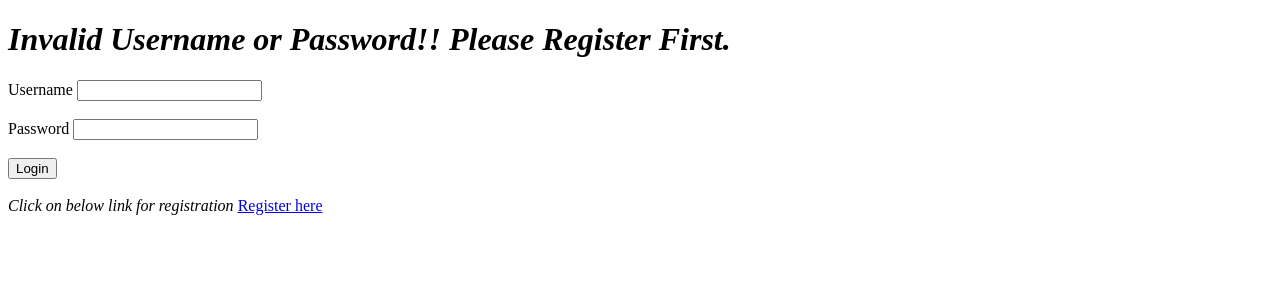
Repository: SwatiJajoriya/JPAForeignKey
Page: http://localhost/SportyShoes/fail.jsp
The author's editor kept a copy of each file at every save. The page is drawn from the files as they stood at one save, then again after the next save.
The browser window is 1280 px wide. The pictures show the whole page.
The page is served by Tomcat 9. Other server files are loaded and not shown.

Above is the page before, as saved 2023-01-28 12:38:56.

### SportyShoes/src/main/webapp/fail.jsp
<%@ page language="java" contentType="text/html; charset=ISO-8859-1"
    pageEncoding="ISO-8859-1"%>
<!DOCTYPE html>
<html>
<head>
<meta charset="ISO-8859-1">
<title>Insert title here</title>
</head>
<body>
<h1><i>Invalid Username or Password!! Please Register First.</i></h1>
<%@include file="userlogin.jsp" %>
<br>
<i>Click on below link for registration</i>
<a href="registeruser.jsp">Register here </a>
</body>
</html>

### SportyShoes/src/main/webapp/userlogin.jsp
<%@ page language="java" contentType="text/html; charset=ISO-8859-1"
    pageEncoding="ISO-8859-1"%>
<!DOCTYPE html>
<html>
<head>
<meta charset="ISO-8859-1">
<title>Insert title here</title>
</head>
<body>

<form action="userlogin">

Username <input type="text" name="username"><br><br>

Password <input type="password" name="password"><br><br>

<input type="submit" value="Login">

</form>
</body>
</html>

After the next save:
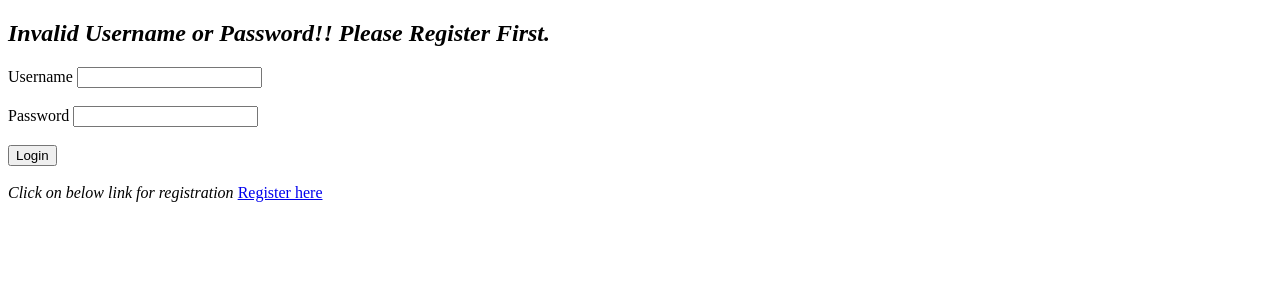
Saved 8 s later.
--- a/SportyShoes/src/main/webapp/fail.jsp
+++ b/SportyShoes/src/main/webapp/fail.jsp
@@ -7,7 +7,7 @@
 <title>Insert title here</title>
 </head>
 <body>
-<h1><i>Invalid Username or Password!! Please Register First.</i></h1>
+<h2><i>Invalid Username or Password!! Please Register First.</i></h2>
 <%@include file="userlogin.jsp" %>
 <br>
 <i>Click on below link for registration</i>
